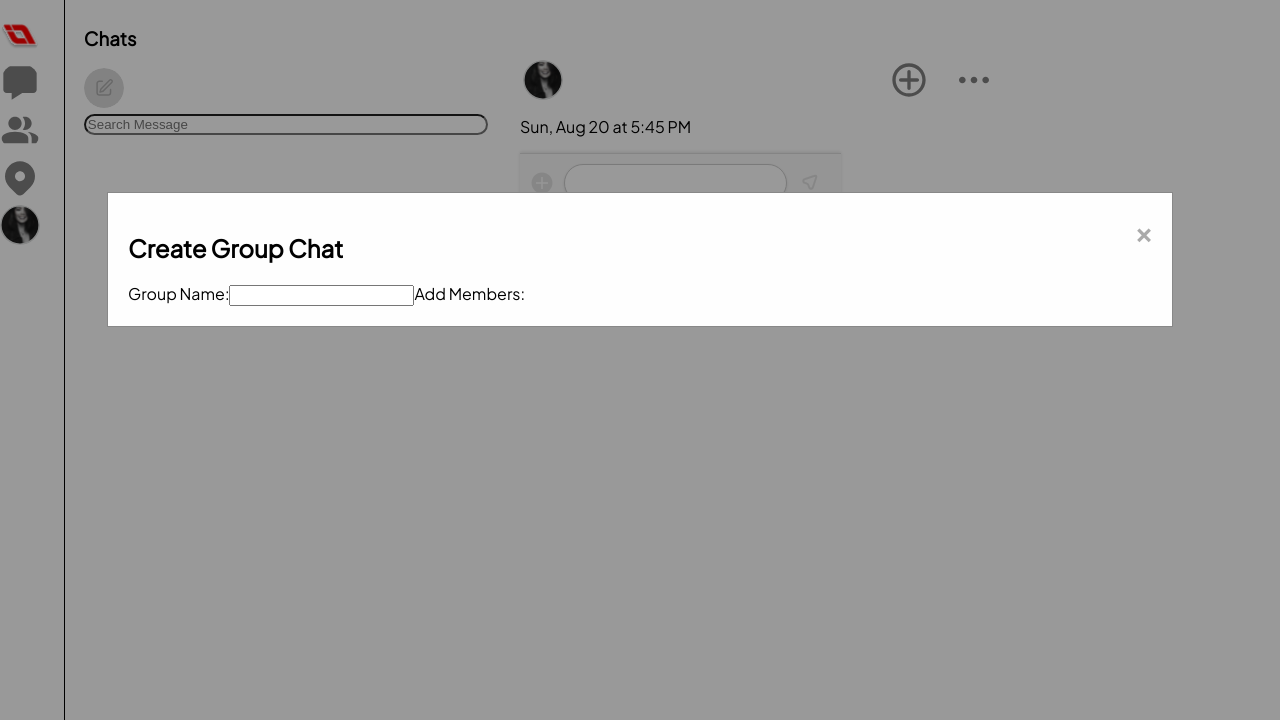
Repository: Nicktacku/LawChat
Page: /homechat (app in frontend/lawchat/)
An editor plug-in stored every save of this project. The page is shown before and after the next save, followed by the edit.
The browser window is 1280 px wide. The pictures show the whole page.
The page's requests for data from a server got no answer. The project was rebuilt for these pictures with package versions that can differ from the ones it lists, and the page was loaded fresh each time. No one was signed in, and anything a server would have sent is missing. Also part of the build but not shown: frontend/lawchat/src/styles/button.css, frontend/lawchat/src/components/Button.js, frontend/lawchat/src/pages/Home.js, frontend/lawchat/src/pages/Login.js, frontend/lawchat/src/styles/chatpreview.css, frontend/lawchat/src/components/ChatPreview.js, frontend/lawchat/src/components/ChatBubble.js, frontend/lawchat/src/pages/Test.js.

Above is the page before, as saved 2024-08-16 16:29:22.

### frontend/lawchat/public/index.html
<!DOCTYPE html>
<html lang="en">
  <head>
    <meta charset="utf-8" />
    <link rel="icon" href="%PUBLIC_URL%/favicon.ico" />
    <meta name="viewport" content="width=device-width, initial-scale=1" />
    <meta name="theme-color" content="#000000" />
    <meta
      name="description"
      content="Web site created using create-react-app"
    />
    <link rel="apple-touch-icon" href="%PUBLIC_URL%/logo192.png" />
    <!--
      manifest.json provides metadata used when your web app is installed on a
      user's mobile device or desktop. See https://developers.google.com/web/fundamentals/web-app-manifest/
    -->
    <link rel="manifest" href="%PUBLIC_URL%/manifest.json" />
    <link
      href="https://fonts.googleapis.com/css?family=Plus Jakarta Sans"
      rel="stylesheet"
    />
    <!--
      Notice the use of %PUBLIC_URL% in the tags above.
      It will be replaced with the URL of the `public` folder during the build.
      Only files inside the `public` folder can be referenced from the HTML.

      Unlike "/favicon.ico" or "favicon.ico", "%PUBLIC_URL%/favicon.ico" will
      work correctly both with client-side routing and a non-root public URL.
      Learn how to configure a non-root public URL by running `npm run build`.
    -->
    <title>React App</title>
  </head>
  <body>
    <noscript>You need to enable JavaScript to run this app.</noscript>
    <div id="root"></div>
    <!--
      This HTML file is a template.
      If you open it directly in the browser, you will see an empty page.

      You can add webfonts, meta tags, or analytics to this file.
      The build step will place the bundled scripts into the <body> tag.

      To begin the development, run `npm start` or `yarn start`.
      To create a production bundle, use `npm run build` or `yarn build`.
    -->
  </body>
</html>

### frontend/lawchat/src/App.js
import Home from "./pages/Home.js";
import Login from "./pages/Login.js";
import HomeChat from "./pages/HomeChat.js";

import {
  createBrowserRouter,
  createRoutesFromElements,
  Route,
  RouterProvider,
} from "react-router-dom";
import Test from "./pages/Test.js";

const router = createBrowserRouter(
  createRoutesFromElements(
    <Route path="/">
      <Route index element={<Home />} />
      <Route path="/login" element={<Login />} />
      <Route path="/homechat" element={<HomeChat />} />
      <Route path="/test" element={<Test />} />
    </Route>
  )
);

function App() {
  return (
    <div className="App">
      {/* <Login /> */}
      <RouterProvider router={router} />
    </div>
  );
}

export default App;

### frontend/lawchat/src/pages/HomeChat.js
import React, { useEffect, useState } from "react";
import axios from "axios";

import logo from "../images/logo.svg";
import chaticon from "../images/chaticon.svg";
import friendsicon from "../images/friendsicon.svg";
import locationicon from "../images/locationicon.svg";
import personaldp from "../images/personaldp.svg";

import newchaticon from "../images/newchaticon.svg";
import ChatPreview from "../components/ChatPreview";
import addicon from "../images/addicon.svg";
import tripledoticon from "../images/tripledoticon.svg";
import ChatBubble from "../components/ChatBubble";
import attachicon from "../images/attachicon.svg";
import sendicon from "../images/sendicon.svg";
import "../styles/homechat.css";

const HomeChat = () => {
  const [loading, setLoading] = useState(false);
  const [gcs, setGcs] = useState([]);
  const [userNames, setUserNames] = useState({});
  const [typedChat, setTypedChat] = useState("");
  const [currentGc, setCurrentGc] = useState("66bdc4c92b6710e2a4cfd866");
  const [showModal, setShowModal] = useState(false);
  const [groupName, setGroupName] = useState("");

  useEffect(() => {
    setLoading(true);
    axios
      .get("http://localhost:5555/gc")
      .then((response) => {
        setGcs(response.data);
        fetchUserNames(response.data);
      })
      .catch((err) => {
        console.log("in chats", err);
        setLoading(false);
      });
  }, [gcs]);

  const fetchUserNames = async (gcs) => {
    const userIds = [
      ...new Set(gcs.flatMap((gc) => gc.chats.map((chat) => chat.sender))),
    ];

    const userPromises = userIds.map((id) =>
      axios
        .get(`http://localhost:5555/users/${id}`)
        .then((response) => ({
          id,
          name: response.data.name,
        }))
        .catch((error) => {
          console.error(`Error fetching user ${id}:`, error);
          return { id, name: null }; // or handle differently
        })
    );

    const userData = await Promise.all(userPromises);
    const userNameMap = userData.reduce((acc, user) => {
      acc[user.id] = user.name || "Unknown User"; // Fallback if name is missing
      return acc;
    }, {});

    setUserNames(userNameMap);
    setLoading(false);
  };

  const sendChat = async (message, sender) => {
    const now = new Date();
    const newChat = {
      message: message,
      sender: sender,
      time: now.toLocaleTimeString(),
      is_owner: true,
    };
    await axios
      .post(`http://localhost:5555/gc/chat/send/${currentGc}`, newChat)
      .then((response) => {
        console.log(response);
      })
      .catch(function (error) {
        console.log(error);
      });

    setTypedChat("");
  };

  const handleChange = (e) => {
    setTypedChat(e.target.value);
  };

  const handleGcNameEdit = (e) => {
    setGroupName(e.target.value);
  };

  const handleCurrentGc = (gcId) => {
    setCurrentGc(gcId);
    console.log(gcId);
  };

  return (
    <div className="container">
      <div className="sidebar">
        <img src={logo} className="img" alt="Logo" /> <br />
        <img src={chaticon} className="img" alt="Chat Icon" /> <br />
        <img src={friendsicon} className="img" alt="Friends Icon" /> <br />
        <img src={locationicon} className="img" alt="Location Icon" /> <br />
        <img src={personaldp} className="img" alt="Personal DP" /> <br />
      </div>
      <div className="chats">
        <h3 className="h3">
          <b>Chats</b>
        </h3>
        <img src={newchaticon} alt="New Chat Icon" />
        <div
          id="myModal"
          class="modal"
          style={!showModal ? { display: "block" } : { display: "none" }}
        >
          <div class="modal-content">
            <span class="close">&times;</span>
            <h2>Create Group Chat</h2>
            <form>
              <label>Group Name:</label>
              <input type="text" onChange={() => handleGcNameEdit()} />
              <label>Add Members:</label>
            </form>
          </div>
        </div>
        <form>
          <input type="text" placeholder="Search Message" className="search" />
        </form>
        {gcs.map((gc) => (
          <>
            <div
              onClick={() => handleCurrentGc(gc._id)}
              className="chat-previews"
            >
              <ChatPreview
                key={gc._id}
                name={gc.name}
                preview={gc.chats.message}
              />
            </div>
            <button>delete</button>
          </>
        ))}
      </div>
      <div className="chat">
        <div className="chat-bar">
          <img src={personaldp} className="chat-image" alt="Chat Image" />
          <h3 className="chat-name">
            {gcs.map((gc) => (currentGc === gc._id ? gc.name : <></>))}
          </h3>
          <img src={addicon} className="chat-add" alt="Add Icon" />
          <img src={tripledoticon} className="chat-menu" alt="Menu Icon" />
        </div>
        <span className="chat-content">
          <p>Sun, Aug 20 at 5:45 PM</p>
          {gcs.map((gc) =>
            currentGc === gc._id ? (
              gc.chats.map((chat) => (
                <ChatBubble
                  key={chat.id}
                  name={userNames[chat.sender] || chat.sender}
                  message={chat.message}
                  className="chat-content"
                />
              ))
            ) : (
              <></>
            )
          )}
        </span>
        <div className="chatbox">
          <img src={attachicon} alt="Attach Icon" />
          <form>
            <input
              type="text"
              onChange={handleChange}
              value={typedChat}
              placeholder=""
            />
            <img
              src={sendicon}
              onClick={() => sendChat(typedChat, "66bd6a69b21a0789dbf1601f")}
              alt="Send Icon"
            />
          </form>
        </div>
      </div>
    </div>
  );
};

export default HomeChat;

### frontend/lawchat/src/styles/home.css
body {
    font-family: 'Plus Jakarta Sans';
}

.body {
    padding-left: 5%;
    padding-right: 5%;
}

.navbar {
    overflow: hidden;
    border-bottom: 1px solid rgba(129, 133, 137, 0.3);
    padding-left: 3%;
    padding-right: 3%;
}



.nav-list {
    list-style-type: none;
    margin: 0;
    padding: 0;
    text-align: center;
}

.nav-item {
    float: right;
    padding: 2vh;
}

.logo{
    overflow: hidden;
    float:left;
}

.body-content {
    width: 40%;
    float: left;
    justify-content: center;
}

.body-image {
    width: 60%;
    float: right;
}

.h1{
    font-size: 18vh;
    margin-top: 30%;
}

.p {
    font-size: 5vh;
    color: gray;
}

.stores {
    justify-content: space-around;
}

.body-image {
    position: relative;
}

/* .body-image-content {
    position: absolute;
    width: 100px;
    height: 100px;
    border: 1px solid red;
} */

### frontend/lawchat/src/styles/homechat.css
.sidebar {
    height: 100%;
    width: 5%;
    position: fixed;
    top: 0;
    left: 0;
    overflow-x: hidden;
    padding-top: 16px;
    border-right: 1px solid black;
    /* justify-content: center; */
    /* align-items: center; */
  }

.chat {
    margin-left: 40%;
    position: absolute;
    top: 0%;
}

.chats {
    margin-left: 6%
}

.img{
    width: 9vh;
    padding-bottom: 5%;
  }

.search {
    border-radius: 30px;
    width: 55vh
}

.chat-bar{
  margin-top: 20%;
  display:flex;
  justify-content: space-around;
}

.chat-image{
  margin-left: 1%;
}

.chat-name{
  margin-left: 5%;
}

.chat-add{
  margin-left: 100%;
}

.chat-menu{
  margin-left: 5%;
}

.chatbox {
  display: flex;
  align-items: center;
  padding: 10px;
  background-color: #f9f9f9;
  border-top: 1px solid #ddd;
  box-shadow: 0px -1px 3px rgba(0, 0, 0, 0.1);
  width: 100%;
}

.chatbox img {
  width: 24px;
  height: 24px;
  cursor: pointer;
  margin-right: 10px;
}

.chatbox form {
  display: flex;
  align-items: center;
  flex-grow: 1;
}

.chatbox input[type="text"] {
  flex-grow: 1;
  padding: 10px;
  border-radius: 20px;
  border: 1px solid #ccc;
  outline: none;
  font-family: Arial, sans-serif;
  font-size: 14px;
  background-color: #fff;
  box-shadow: 0px 1px 3px rgba(0, 0, 0, 0.1);
  margin-right: 10px;
}

.chatbox input[type="text"]::placeholder {
  color: #aaa;
}

.chatbox button {
  background: none;
  border: none;
  cursor: pointer;
}

.chatbox button img {
  width: 24px;
  height: 24px;
}

.chatbox input[type="text"]:focus {
  border-color: #007bff;
  box-shadow: 0px 0px 5px rgba(0, 123, 255, 0.5);
}

.chat-previews{
  cursor: pointer;
}

/* The Modal (background) */
.modal {
  display: none; /* Hidden by default */
  position: fixed; /* Stay in place */
  z-index: 1; /* Sit on top */
  left: 0;
  top: 0;
  width: 100%; /* Full width */
  height: 100%; /* Full height */
  overflow: auto; /* Enable scroll if needed */
  background-color: rgb(0,0,0); /* Fallback color */
  background-color: rgba(0,0,0,0.4); /* Black w/ opacity */
}

/* Modal Content/Box */
.modal-content {
  background-color: #fefefe;
  margin: 15% auto; /* 15% from the top and centered */
  padding: 20px;
  border: 1px solid #888;
  width: 80%; /* Could be more or less, depending on screen size */
}

/* The Close Button */
.close {
  color: #aaa;
  float: right;
  font-size: 28px;
  font-weight: bold;
}

.close:hover,
.close:focus {
  color: black;
  text-decoration: none;
  cursor: pointer;
}

### frontend/lawchat/src/styles/chatbubble.css
.container {
  display: flex;
  align-items: flex-start; /* Aligns the profile image and text container at the top */
  margin-bottom: 10px;
}

.container img {
  width: 40px;
  height: 40px;
  border-radius: 50%;
  margin-right: 10px;
  flex-shrink: 0; /* Prevents the image from shrinking */
}

.message-wrapper {
  display: flex;
  flex-direction: column; /* Stacks the sender name and message vertically */
  max-width: 80%; /* Limits the width of the chat message */
}

.sender-name {
  font-size: 12px;
  color: #555;
  margin-bottom: 3px;
  font-weight: bold;
}

.chat-message {
  background-color: #f0f0f0;
  color: #333;
  padding: 10px 15px;
  border-radius: 15px;
  font-family: Arial, sans-serif;
  font-size: 14px;
  line-height: 1.5;
  box-shadow: 0px 1px 3px rgba(0, 0, 0, 0.1);
  position: relative;
  word-wrap: break-word; /* Ensures long words break onto the next line */
}

.chat-message::before {
  content: "";
  position: absolute;
  top: 10px;
  left: -10px;
  width: 0;
  height: 0;
  border-top: 10px solid transparent;
  border-bottom: 10px solid transparent;
  border-right: 10px solid #f0f0f0;
}

Loaded but not shown: frontend/lawchat/src/index.js (common file)

After the next save:
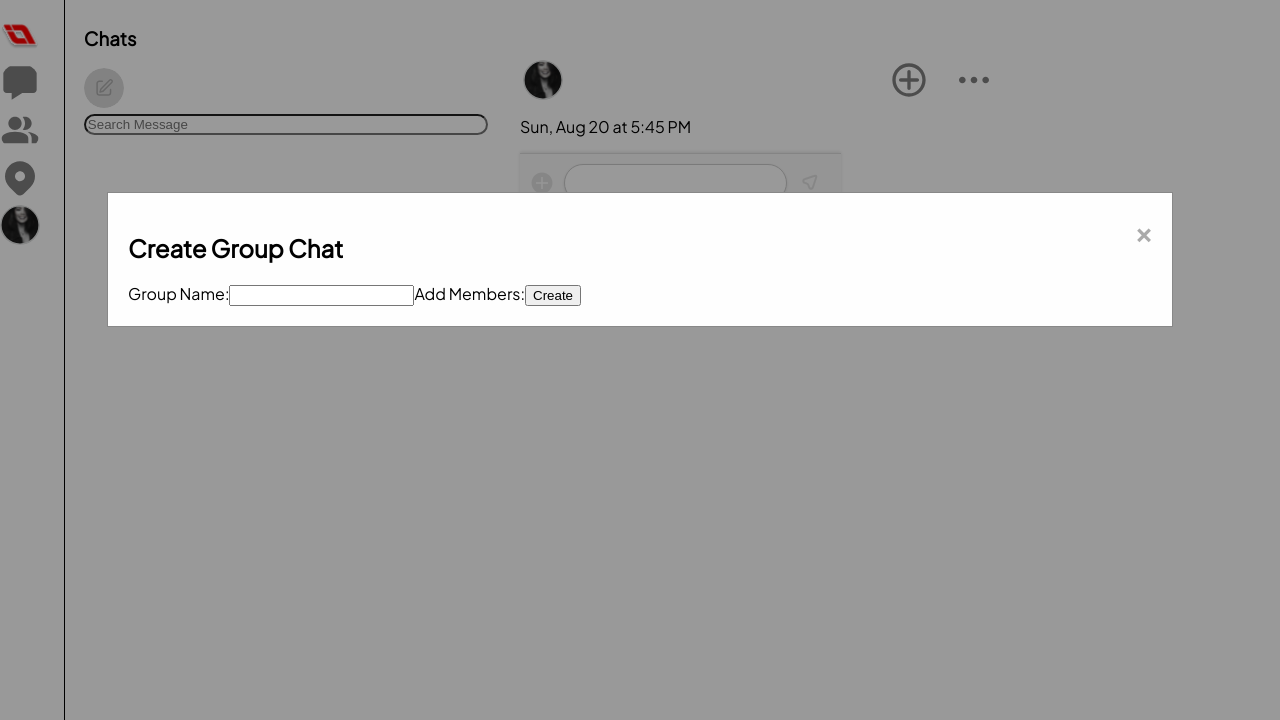
Saved 92 s later.
--- a/frontend/lawchat/src/pages/HomeChat.js
+++ b/frontend/lawchat/src/pages/HomeChat.js
@@ -91,13 +91,13 @@ const HomeChat = () => {
     setTypedChat(e.target.value);
   };
 
-  const handleGcNameEdit = (e) => {
-    setGroupName(e.target.value);
-  };
-
   const handleCurrentGc = (gcId) => {
     setCurrentGc(gcId);
     console.log(gcId);
+  };
+
+  const handleGcNameEdit = (e) => {
+    setGroupName(e.target.value);
   };
 
   return (
@@ -126,6 +126,7 @@ const HomeChat = () => {
               <label>Group Name:</label>
               <input type="text" onChange={() => handleGcNameEdit()} />
               <label>Add Members:</label>
+              <button>Create</button>
             </form>
           </div>
         </div>
